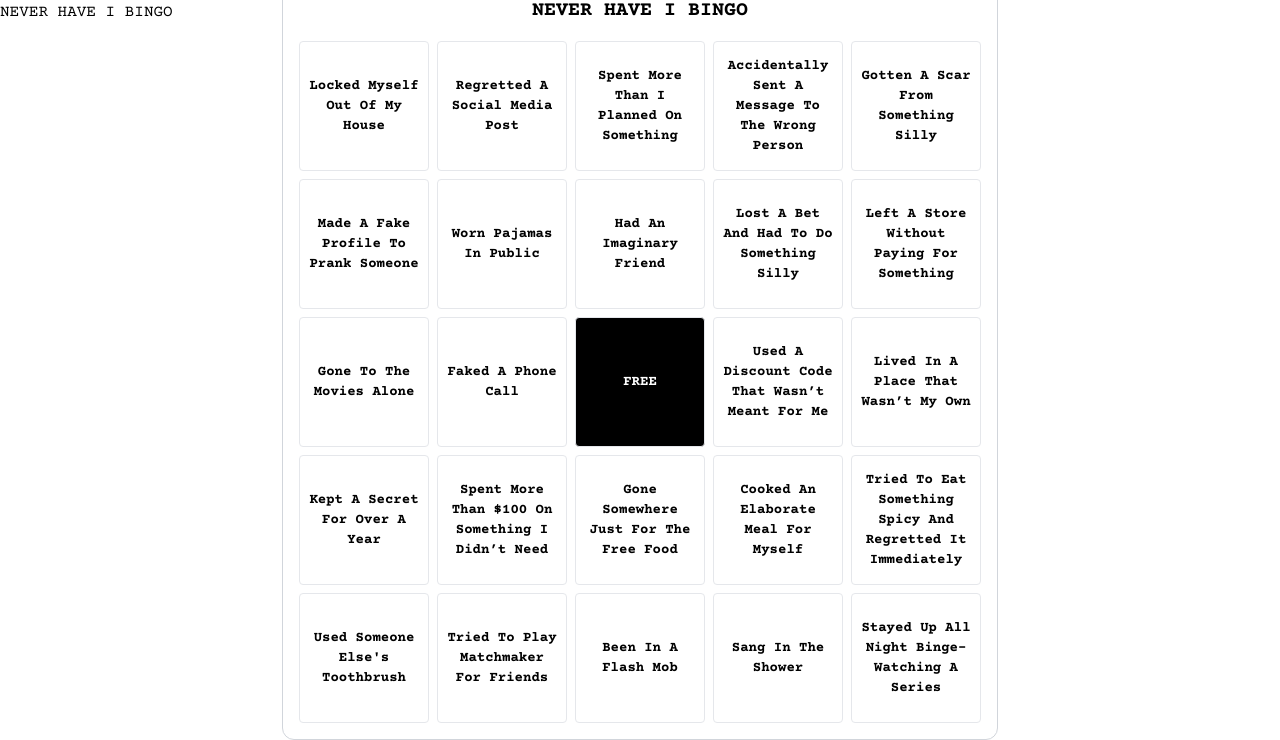
Repository: Jeysmeister/sensoryminds-bingo
Page: /
The author's editor kept a copy of each file at every save. The page is drawn from the files as they stood at one save, then again after the next save.
The browser window is 1280 px wide. The pictures show the whole page.
The project was rebuilt for these pictures with package versions that can differ from the ones it lists, and the page was loaded fresh each time. The framework's server and built-in components were replaced by stand-ins that run in the browser. Also part of the build but not shown: next.config.ts.

Above is the page before, as saved 2024-11-12 17:38:05.

After the next save:
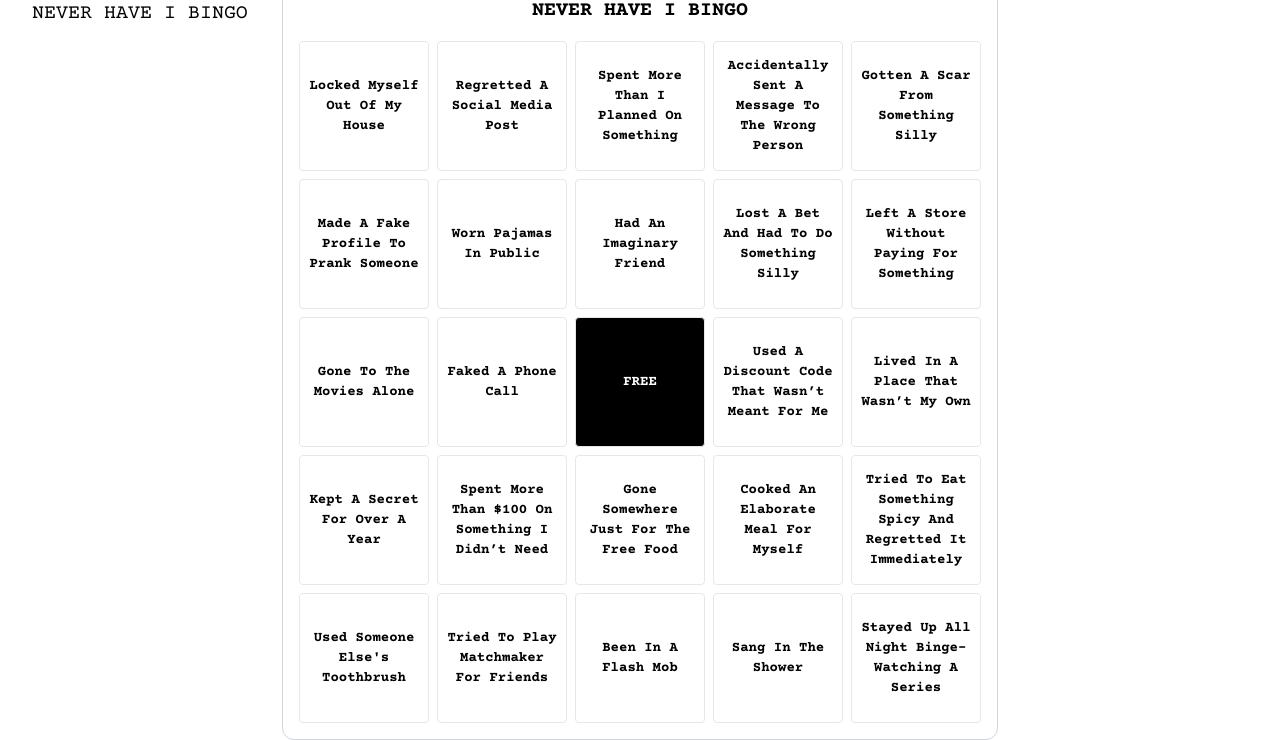
Saved 16 s later.
--- a/app/components/Header.tsx
+++ b/app/components/Header.tsx
@@ -1,7 +1,7 @@
 const Header = () => {
   return (
-    <div className="h-10  absolute top-0 w-screen ">
-      <div>NEVER HAVE I BINGO</div>
+    <div className="h-10 px-8  absolute top-0 w-screen ">
+      <div className="text-xl">NEVER HAVE I BINGO</div>
     </div>
   );
 };
